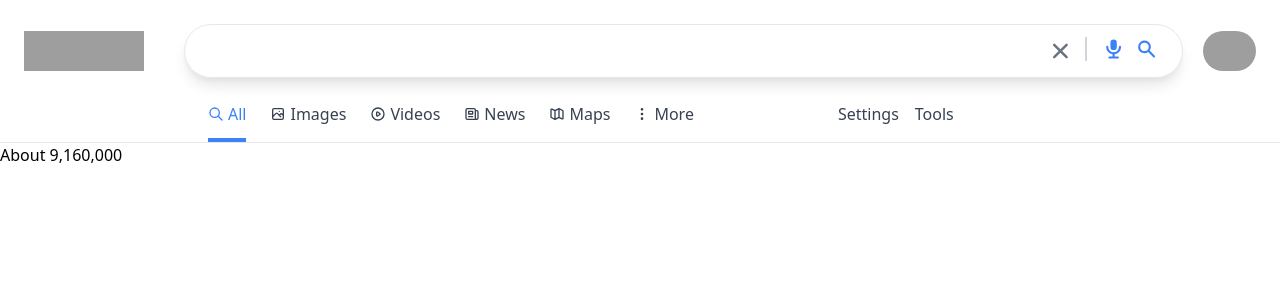
Repository: DecentraMindsCoin/google-search-clone
Page: /search
The author's editor kept a copy of each file at every save. The page is drawn from the files as they stood at one save, then again after the next save.
The browser window is 1280 px wide. The pictures show the whole page.
Pictures or frames that could not be fetched are drawn as grey boxes. The project was rebuilt for these pictures with package versions that can differ from the ones it lists, and the page was loaded fresh each time. The framework's server and built-in components were replaced by stand-ins that run in the browser. Also part of the build but not shown: next.config.js, Response.js.

Above is the page before, as saved 2021-05-17 17:28:12.

After the next save:
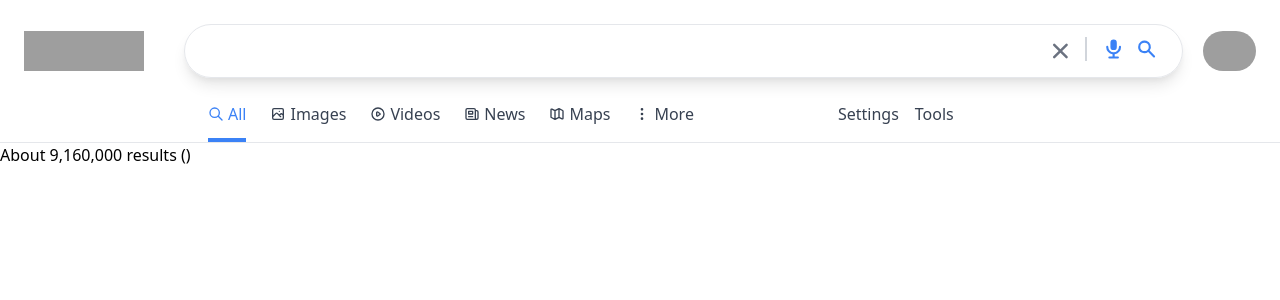
Saved 28 s later.
--- a/components/SearchResults.js
+++ b/components/SearchResults.js
@@ -1,7 +1,7 @@
 function SearchResults({ results}) {
     return (
         <div>
-            <p>About {results.searchInformation?.formattedTotalResults} </p>
+            <p>About {results.searchInformation?.formattedTotalResults} results () </p>
         </div>
     )
 }
